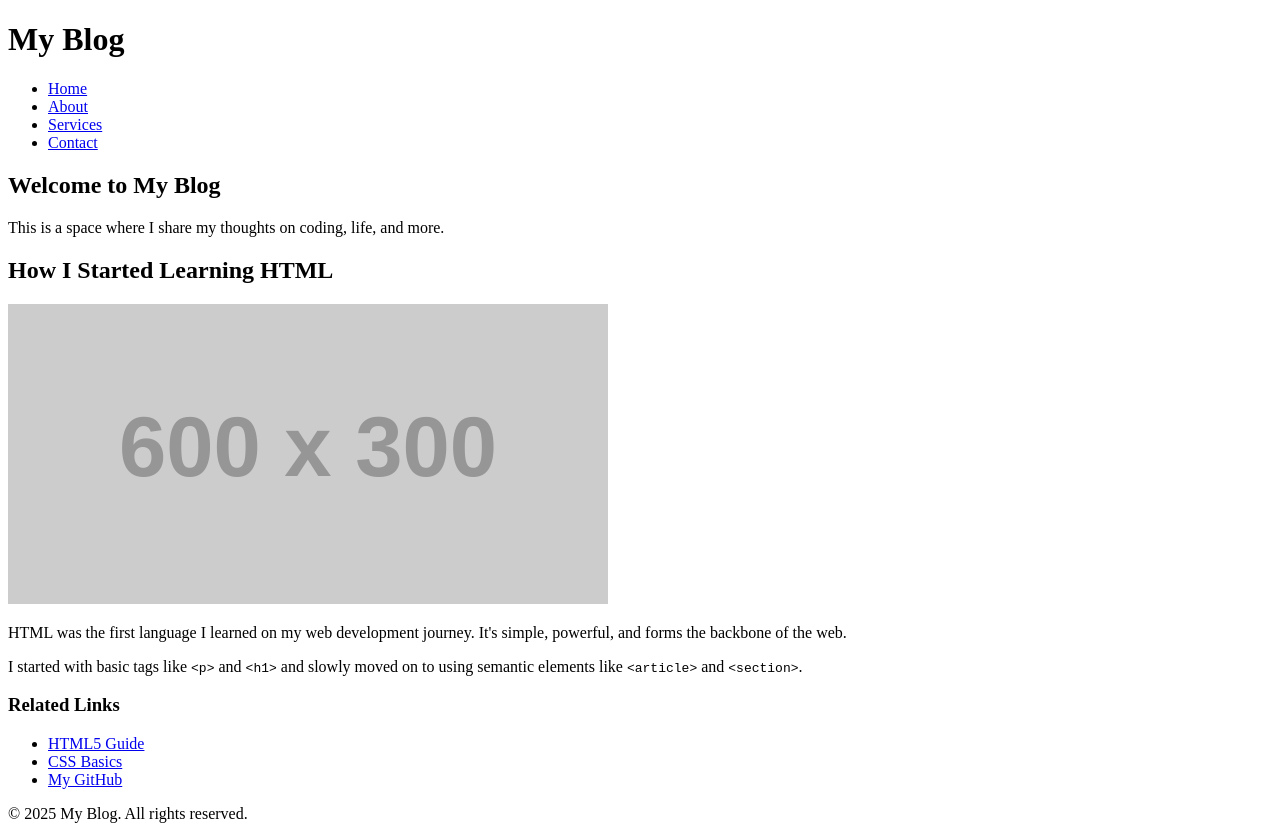
Repository: SainediAmbika/RecallingAll
Page: Angular Recalling/Blog Page/index.html
An editor plug-in stored every save of this project. The page is shown before and after the next save, followed by the edit.
The browser window is 1280 px wide. The pictures show the whole page.

Above is the page before, as saved 2025-05-19 11:52:00.

After the next save:
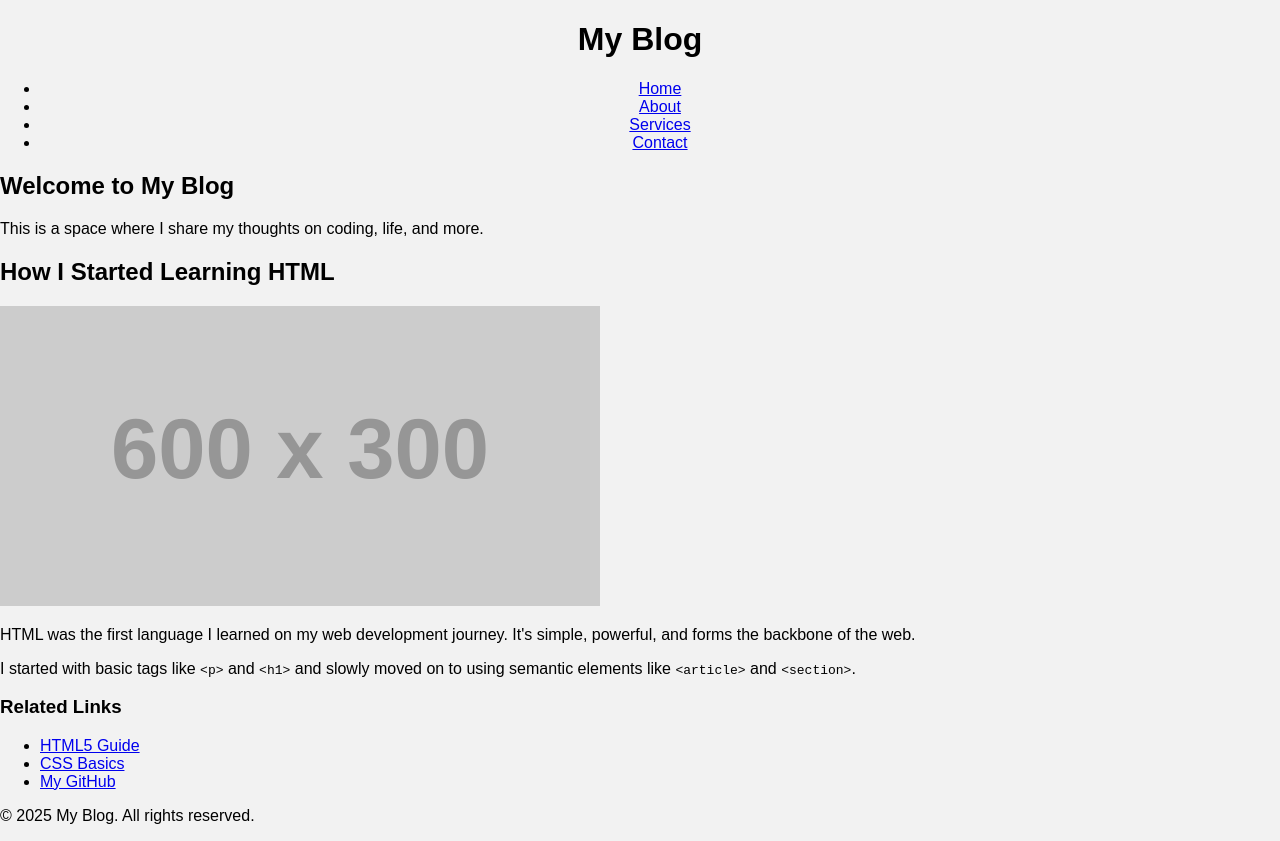
Saved 2 min 34 s later.
--- a/Angular Recalling/Blog Page/index.html
+++ b/Angular Recalling/Blog Page/index.html
@@ -4,12 +4,12 @@
 <head>
     <meta charset="UTF-8">
     <meta name="viewport" content="width=device-width, initial-scale=1.0">
+    <link rel="stylesheet" href="app.css">
     <title>Blog Page</title>
 
 </head>
-
 <body>
-    <header>
+    <header class="header">
         <h1>My Blog</h1>
         <nav>
             <ul>
